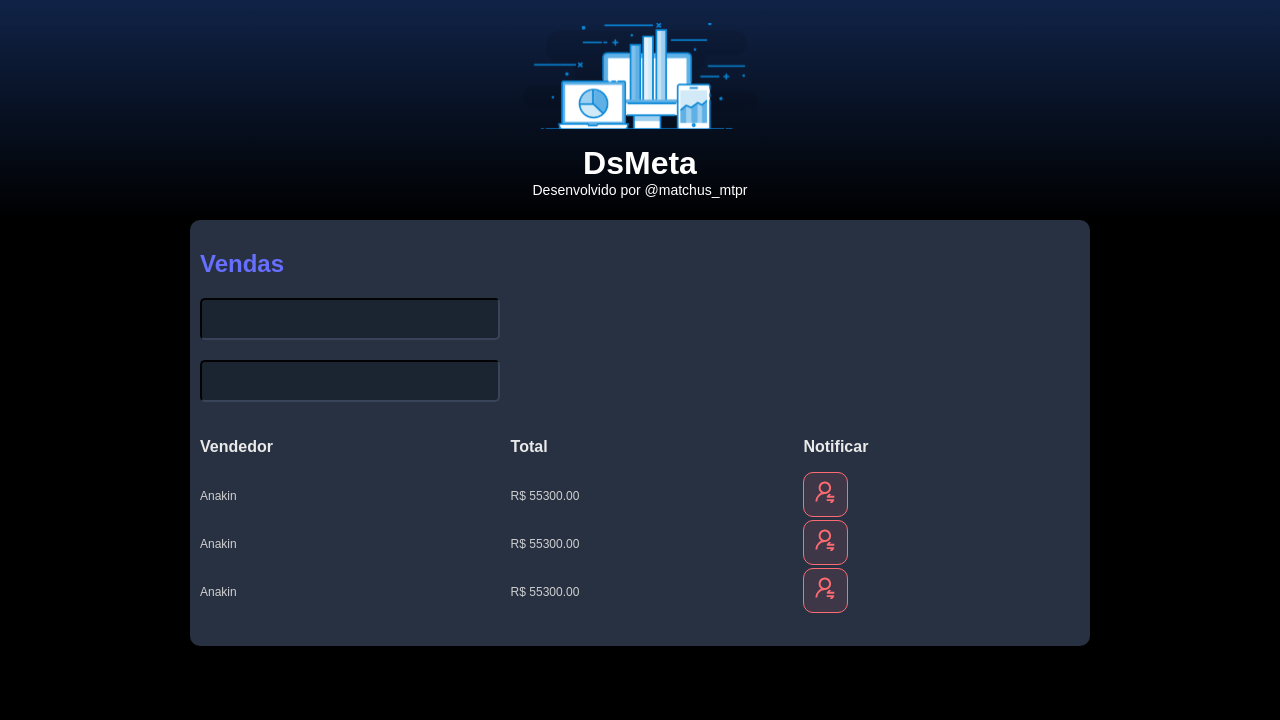
Repository: MatheusAlvesPereiraRosa/ds-meta
Page: index.html
An editor plug-in stored every save of this project. The page is shown before and after the next save, followed by the edit.
The browser window is 1280 px wide. The pictures show the whole page.

Above is the page before, as saved 2022-09-05 16:30:12.

After the next save:
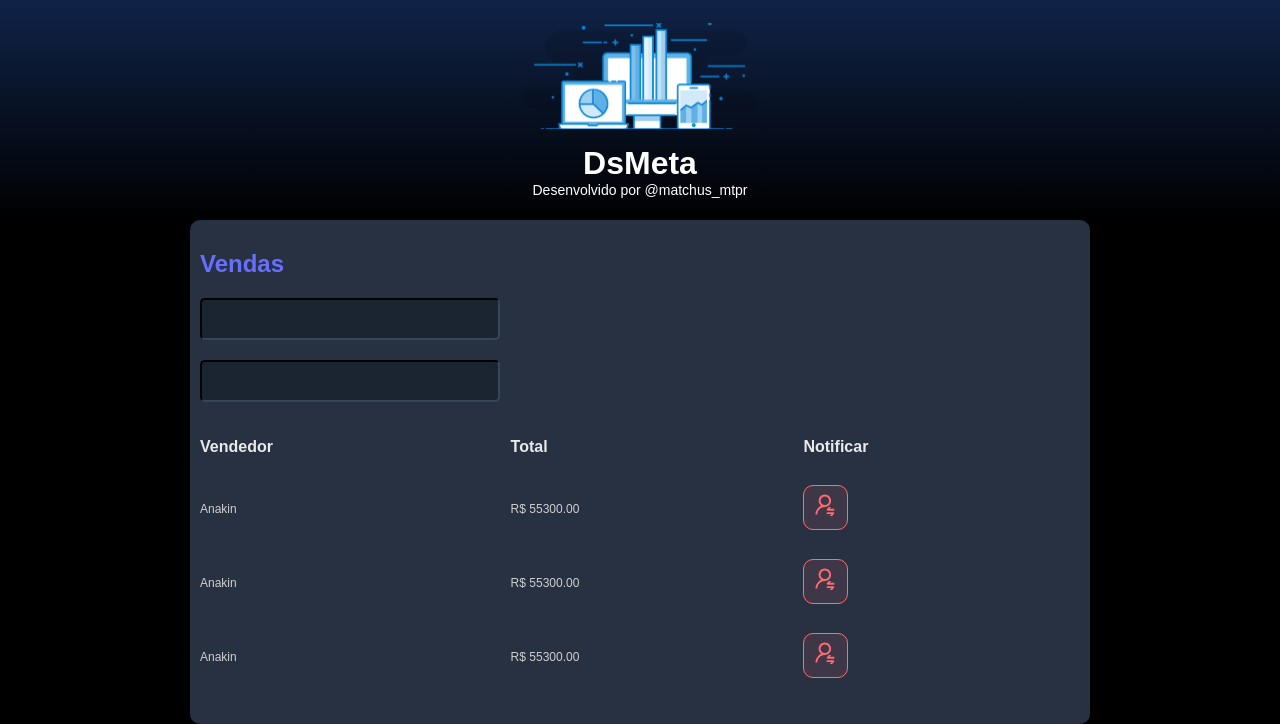
Saved 9 s later.
--- a/styles.css
+++ b/styles.css
@@ -96,7 +96,7 @@ a, a:hover, a:visited {
     color: #CFCFCF;
 }
 
-. {
+.dsmeta-sales-table tbody tr {
     height: 74px;
 }
 
